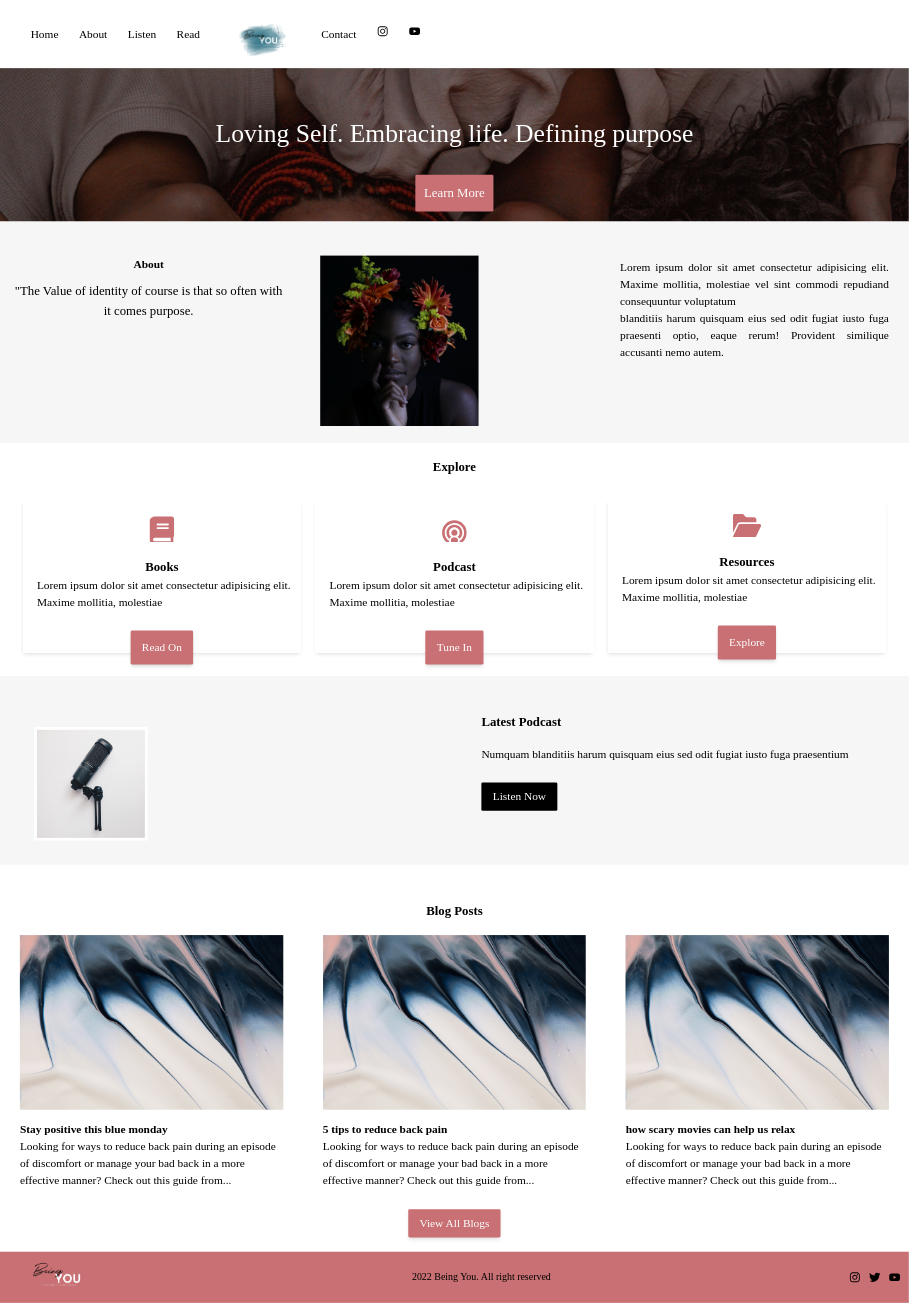
Repository: BrightonMboya/being-you
Page: /
An editor plug-in stored every save of this project. The page is shown before and after the next save, followed by the edit.
The browser window is 1280 px wide. The pictures show the whole page, at 71% of full size.
The project was rebuilt for these pictures with package versions that can differ from the ones it lists, and the page was loaded fresh each time.

Above is the page before, as saved 2022-05-29 11:45:36.

After the next save:
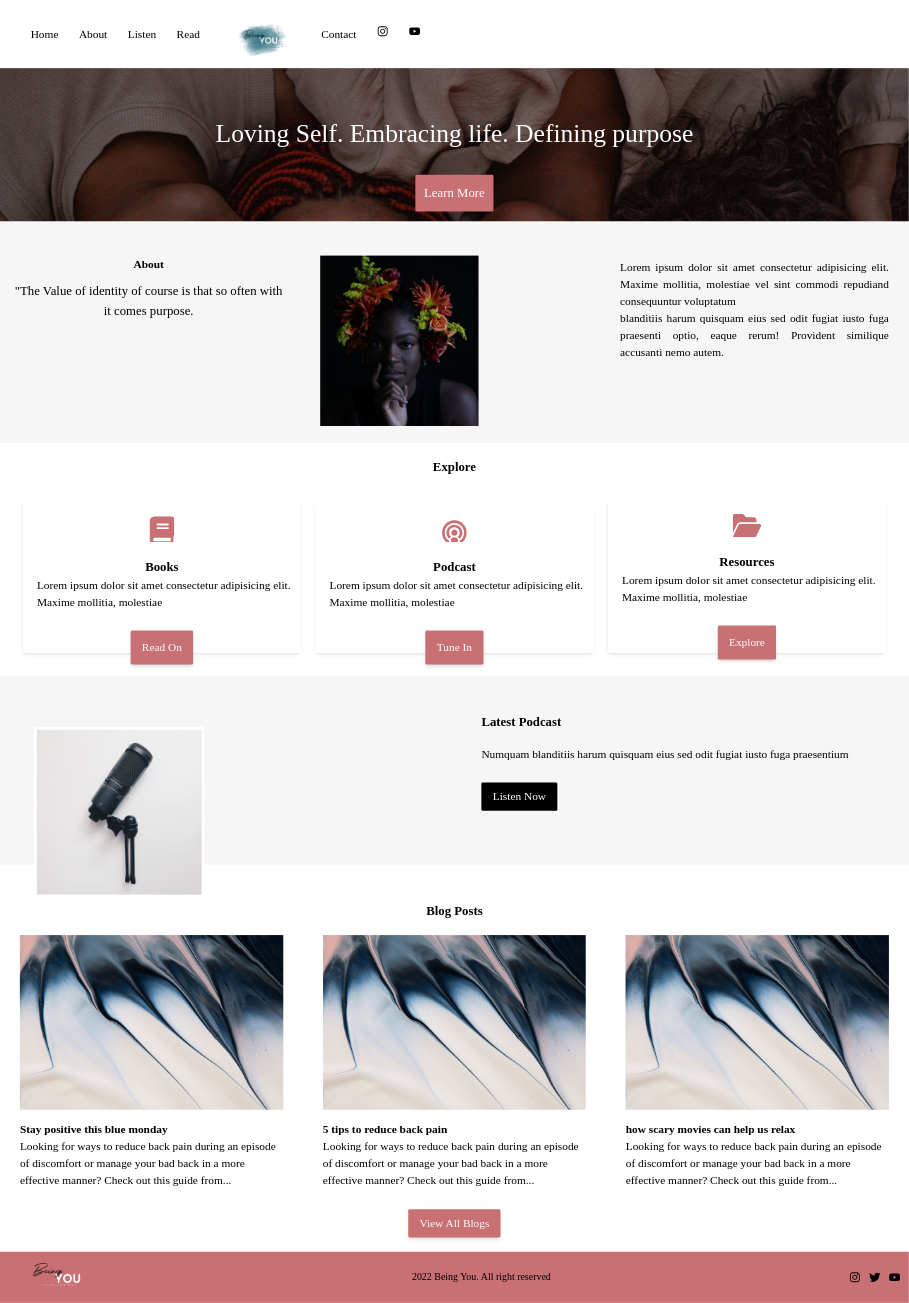
Saved 6 s later.
--- a/src/Components/Podcast/Podcast.jsx
+++ b/src/Components/Podcast/Podcast.jsx
@@ -8,7 +8,7 @@ const Podcast = () => {
         <img
           src={mic}
           alt=""
-          className="h-40 w-15 object-cover  mt-[10vh] border-4 border-white md:h-65 w-70 ml-12"
+          className="h-40 w-15 object-cover  mt-[10vh] border-4 border-white md:h-60 w-70 ml-12"
         />
         <div className="mt-[7vh] ml-7">
           <h3 className="font-semibold md:text-lg">Latest Podcast</h3>
